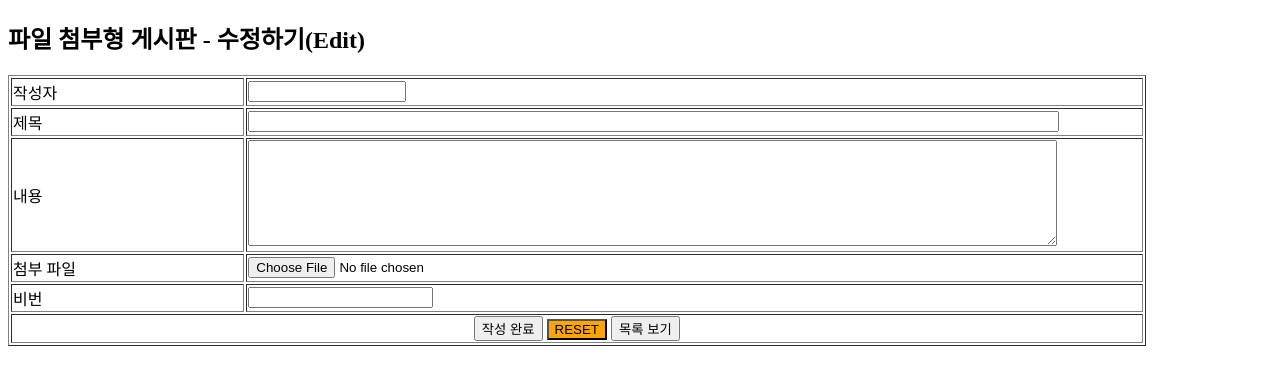
Repository: Jadedvst/Java_JSP-Servlet
Page: http://localhost/MustHaveJSP/mvcboard/edit.do
The author's editor kept a copy of each file at every save. The page is drawn from the files as they stood at one save, then again after the next save.
The browser window is 1280 px wide. The pictures show the whole page.
The page is served by Tomcat 10. Queries for data that is not in the repository find no rows.

Above is the page before, as saved 2023-12-27 08:54:47.

After the next save:
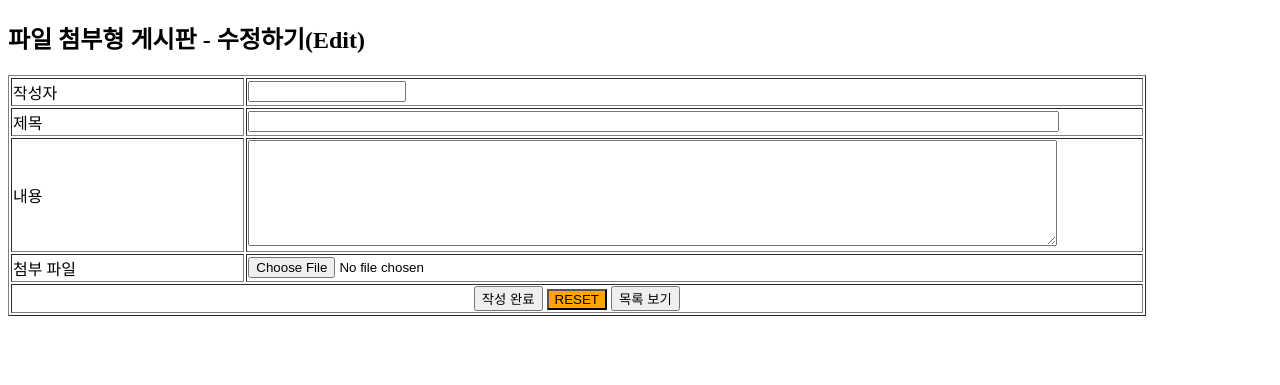
Saved 20 s later.
--- a/MustHaveJSP/src/main/webapp/14MVCBoard/Edit.jsp
+++ b/MustHaveJSP/src/main/webapp/14MVCBoard/Edit.jsp
@@ -56,10 +56,6 @@
 			<td><input type="file" id="ofile" name="ofile"/></td>
 		</tr>
 		<tr>
-			<td>비번</td>
-			<td><input type="password" id="pass" name="pass"/></td>
-		</tr>
-		<tr>
 			<td colspan="2" align="center">
 				<button type="submit">작성 완료</button>
 				<button type="reset" style="background-color:orange;">RESET</button>
